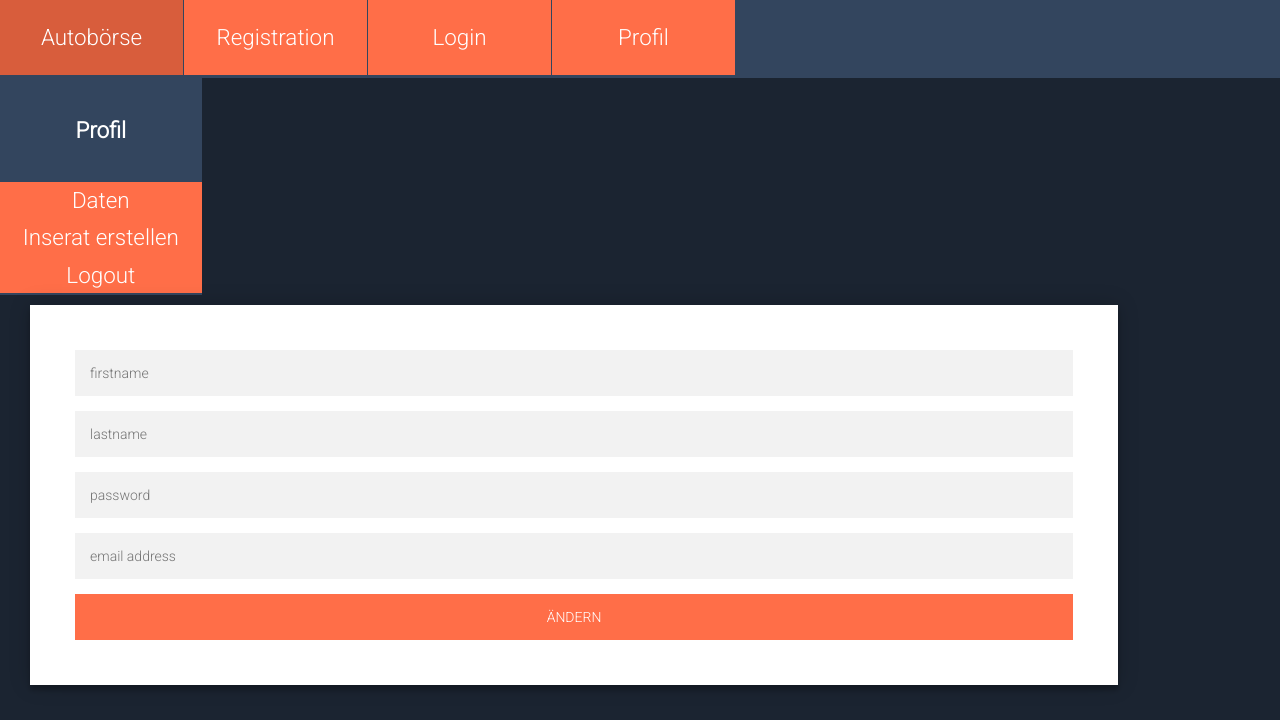
Repository: Turkelten/CarAdminstration
Page: http://localhost/Autobörse/userprofil.jsp
These files come from the project's save history. The page is drawn as it stood at one moment and after the next save; the edit follows.
The browser window is 1280 px wide. The pictures show the whole page.
The page is served by Tomcat 9.

Above is the page before, as saved 2020-07-19 20:41:48.
Console error: SyntaxError: Unexpected token '=='

After the next save:
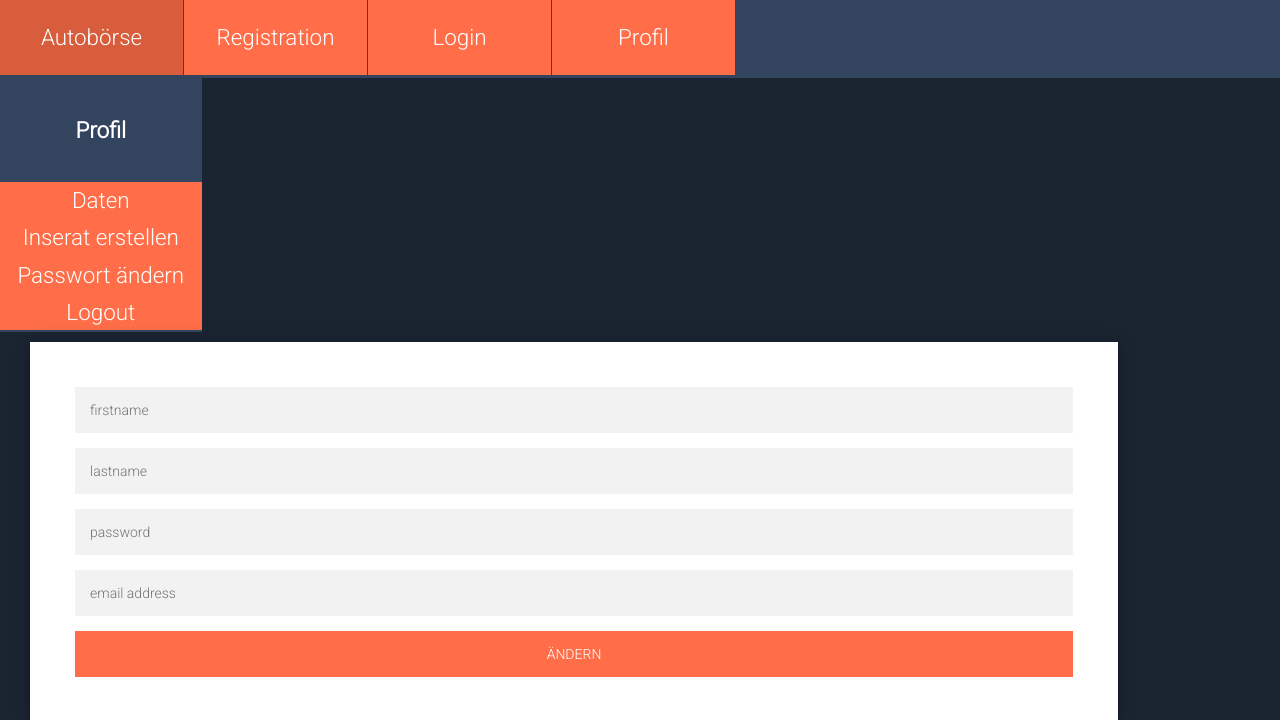
Saved 5 min 9 s later.
--- a/Autobörse/WebContent/sidebarUserProfil.jsp
+++ b/Autobörse/WebContent/sidebarUserProfil.jsp
@@ -4,6 +4,7 @@
 				<ul>
 				  	<li ><a href="userprofil.jsp">Daten</a></li>
 				  	<li ><a href="userInseratErstellen.jsp">Inserat erstellen</a></li>
+				  	<li ><a href="userPasswortAendern.jsp">Passwort ändern</a></li>
 				  	<li ><a class="active" href="LogoutServlet">Logout</a></li>
 				</ul>
 			</div>
